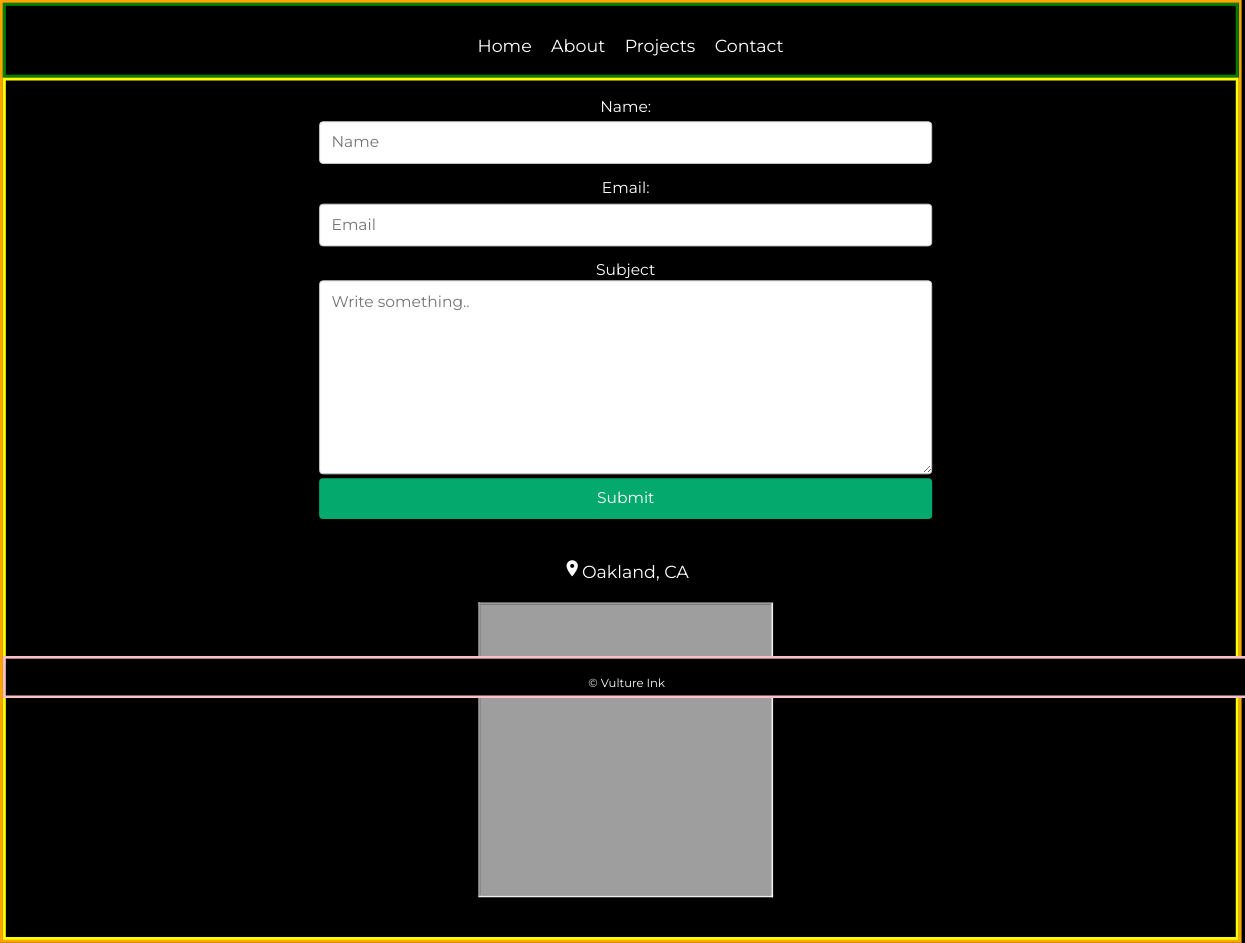
Repository: kaitlynMidori/anon_ink
Page: pages/Contact.html
These files come from the project's save history. The page is drawn as it stood at one moment and after the next save; the edit follows.
The browser window is 1280 px wide. The page is 1282 px wide, then 1284 px, so the pictures cover 1284 px, including what lies to the right of the window. The pictures show the whole page, at 97% of full size.
Pictures or frames that could not be fetched are drawn as grey boxes. Some web libraries are served in a nearby version.

Above is the page before, as saved 2021-09-08 17:56:16.

### pages/Contact.html
<!DOCTYPE html>
<html lang= "en">
    <head>
        <meta charset="utf-8">
        <meta name="viewport" content="width=device-width, initial-scale=1.0">
        <title>Contact</title>
        <link href="https://cdnjs.cloudflare.com/ajax/libs/normalize/8.0.1/normalize.min.css" rel="stylesheet" type="text/css" />
        <link href="https://fonts.googleapis.com/css2?family=Montserrat&display=swap" rel="stylesheet">
        <link href="../style.css" rel="stylesheet" type="text/css" />
      </head>

<body>

    <header>
        <!-- <div class="logo">ANONYMOUS INK</div> -->
        <nav>
          <ul id="menu">
            <li><a href="/index.html">Home</a></li>
            <li><a href="/Pages/About.html">About</a></li>
            <li><a href="/Pages/Projects.html">Projects</a></li>
            <!-- <li><a href="/Pages/Resume.html">Resume</a></li> -->
            <li><a href="/Pages/Contact.html">Contact</a></li>
          </ul>
        </nav>
      </header>
<main>

<!-- Contact -->

    <section>

      <!-- <h2>Get in Touch</h2> -->
      <div class="contact-container">

        <div class="contact-form">
            <form action="https://formspree.io/f/xrgoqyge" method="post">
              <label class="user-name" data-shrink="false">Name:</label>
              <input id="user-name" type="text" name="name" placeholder="Name">

              <label for="user-email">Email:</label>
              <input id="user-email" type="text" name="email" placeholder="Email">

              <!-- <label for="user-message">Message:</label> <textarea id="user-message" name="message" placeholder="Your message"></textarea> -->
              <label for="subject">Subject</label>
    <textarea id="subject" name="subject" placeholder="Write something.." style="height:200px"></textarea>
              <input type="submit" value="Submit">
              <!-- <button type="submit">Submit</button> -->
            </form>
          </div>
          <div class="location">
            <p><i class="material-icons" style="font-size:20px">location_on</i>Oakland, CA</p>
            <p><iframe src="https://www.google.com/maps/embed?pb=!1m18!1m12!1m3!1d201877.73430325926!2d-122.37538914908166!3d37.758634650214724!2m3!1f0!2f0!3f0!3m2!1i1024!2i768!4f13.1!3m3!1m2!1s0x80857d8b28aaed03%3A0x71b415d535759367!2sOakland%2C%20CA!5e0!3m2!1sen!2sus!4v1602104516145!5m2!1sen!2sus" width="300" height="300" allowfullscreen="" ></iframe></p>
          </div>
      </div>

    </section>
  </main>

  <footer>
    <p>© Vulture Ink</p>
  </footer>
  <script
      src="https://code.jquery.com/jquery-3.2.1.min.js"
      integrity="sha256-hwg4gsxgFZhOsEEamdOYGBf13FyQuiTwlAQgxVSNgt4="
      crossorigin="anonymous"></script>
<link rel="stylesheet" href="https://cdnjs.cloudflare.com/ajax/libs/font-awesome/4.7.0/css/font-awesome.min.css">
<link href="https://fonts.googleapis.com/icon?family=Material+Icons" rel="stylesheet">

  </body>
</html>

### style.css

/***************** General ******************/
body {
    border: solid orange;
    height: 100%;
    background-color: black;
    color: white;
    margin: none;
    font-family: 'Montserrat', sans-serif;
    padding-top: 0;
  }

  /************** navigation ***************/
  header nav {
    display: flex;
    flex-direction: row;
    justify-content: center;
    margin-top: 14px;
  }

  header nav ul {
    display: flex;
    flex-direction: row;
    padding-bottom: 0;
  }

  header nav ul li {
    list-style-type: none;
  }

  header ul li a {
    color: white;
    text-decoration: none;
    padding: 0 20px 0 0;
    font-family: 'Montserrat', sans-serif;
  }

  /************* Primary Groups ****************/
  header {
    font-size: 18px;
    background-color: black;
    margin: 0;
    border: solid green;
  }

  main {
    margin: auto;
    justify-content: center;
    justify-items: center;
    text-align: center;
    border: solid yellow;
    padding-top: 10px;
    padding-bottom: 10px;
  }

  footer {
    position: fixed;
    background-color: black;
    bottom: 0;
    width: 100%;
    border: solid pink;
  }

  /****************** Typography ******************/
  h1 {
    font-size: 28px;
    font-family: 'Montserrat', sans-serif;
    color: white;
    font-weight: 400;
  }

  h2 {
    font-size: 26px;
    color: rgb(17, 17, 17);
    font-family: 'Montserrat', sans-serif;
    text-align: center;
    font-weight: 400;
    margin: 0 10px;
  }

  h3 {
    font-size: 15px;
    font-family: 'Montserrat', sans-serif;
    font-weight: 430;
  }

  p {
    font-family: 'Montserrat', sans-serif;
    font-size: 18px;
    line-height: 1.3em;
    margin-bottom: 0;
  }

  main a {
    font-weight: 700;
    text-decoration: none;
  }

  main a:visited{
    color: blue;
  }
  /* main main a:hover{color: greenyellow;} */
  /* a:active{color:  rgb(143, 156, 33);} */

  footer p {
    font-size: 12px;
    color: white;
    text-align: center;
    padding: 5px;
  }

  footer h2 {
    color: black;
  }
/*
  img.image-enhanced {
    max-width: 350px;
    border-radius: 8px;
  }

  .item-double {
    color: rgb(17, 17, 17);
    flex: 2;
  }
   */
  /* Desktop groups/items */
  /* @media all and (min-width: 600px){
    section {
      padding: 0%;
    }
    .group {
      display: flex;
      flex-direction: row;
      flex-wrap: wrap;
    }
  } */

  /* ***********  home ************** */

  .home-video {
    position: fixed;
    right: 0px;
    bottom: 0px;
    min-width: 100%;
    min-height: 100%;
    width: auto;
    height: auto;
    z-index: -1;
  }

  /* ************ about *************** */

  .about-container {
    overflow: scroll;
    align-items: center;
    justify-content: center;
    flex-direction: column-reverse;
    margin: auto;
    padding: 15px;
    display: flex;
    text-align: center;
    flex-wrap: wrap;
  }

  .about-item {
    text-align: left;
    display: flex;
    flex-wrap: wrap;
    margin: auto;
  }

  /**************** projects ****************/
  .card-container {
    max-width: 900px;
    min-width: 370px;
    margin: auto;
    display: flex;
    flex-direction: row;
    flex-wrap: wrap;
    justify-content: space-evenly;
    text-align: center;
    padding-top: 10px;
  }

  .row-one {
    justify-content: space-evenly;
    display: flex;
    flex-wrap: wrap;
  }

  .card p {
    font-size: 14px;
    padding-left: 4px;
    padding-right: 4px;
  }

  .card #card1 {
    padding-top: 5px;
    background-repeat: no-repeat;
    background-size:cover;
    background-position: top;
    display: block;
    margin: 0 auto;
    text-indent: -9999px;
    width: 15rem;
    height: 20rem;
    border: transparent;
  }

  .card #card1:hover {
    font-size: 30px;
    color: black;
    display: block;
    margin: 0 auto;
    text-indent: 0;
    justify-content: center;
    background-color: rgb(238, 228, 211, .8);
    background-blend-mode: hue;
  }

  .card #card2 {
    padding-top: 5px;
    background-repeat: no-repeat;
    background-size:cover;
    background-position: top;
    display: block;
    margin: 0 auto;
    text-indent: -9999px;
    width: 15rem;
    height: 20rem;
    border: transparent;
  }

  .card #card2:hover {
    font-size: 30px;
    color: black;
    display: block;
    margin: 0 auto;
    text-indent: 0;
    justify-content: center;
    background-color: rgb(238, 228, 211, .8);
    background-blend-mode: hue;
  }

  .card #card3 {
    padding-top: 5px;
    background-repeat: no-repeat;
    background-size:cover;
    background-position: top;
    display: block;
    margin: 0 auto;
    text-indent: -9999px;
    width: 15rem;
    height: 20rem;
    border: transparent;
  }

  .card #card3:hover {
    font-size: 30px;
    color: black;
    display: block;
    margin: 0 auto;
    text-indent: 0;
    justify-content: center;
    background-color: rgb(238, 228, 211, .8);
    background-blend-mode: hue;
  }

  .card #card4 {
    padding-top: 5px;
    background-repeat: no-repeat;
    background-size:cover;
    background-position: top;
    display: block;
    margin: 0 auto;
    text-indent: -9999px;
    width: 15rem;
    height: 20rem;
    border: transparent;
  }

  .card #card4:hover {
    font-size: 30px;
    color: black;
    display: block;
    margin: 0 auto;
    text-indent: 0;
    justify-content: center;
    background-color: rgb(238, 228, 211, .8);
    background-blend-mode: hue;
  }

  .card #card5 {
    padding-top: 5px;
    background-repeat: no-repeat;
    background-size:cover;
    background-position: top;
    display: block;
    margin: 0 auto;
    text-indent: -9999px;
    width: 15rem;
    height: 20rem;
    border: transparent;
  }

  .card #card5:hover {
    font-size: 30px;
    color: black;
    display: block;
    margin: 0 auto;
    text-indent: 0;
    justify-content: center;
    background-color: rgb(238, 228, 211, .8);
    background-blend-mode: hue;
  }

  .card #card6 {
    padding-top: 5px;
    background-repeat: no-repeat;
    background-size:cover;
    background-position: top;
    display: block;
    margin: 0 auto;
    text-indent: -9999px;
    width: 15rem;
    height: 20rem;
    border: transparent;
  }

  .card #card6:hover {
    font-size: 30px;
    color: black;
    display: block;
    margin: 0 auto;
    text-indent: 0;
    justify-content: center;
    background-color: rgb(238, 228, 211, .8);
    background-blend-mode: hue;
  }

  /* The flip card container - set the width and height to whatever you want. We have added the border property to demonstrate that the flip itself goes out of the box on hover (remove perspective if you don't want the 3D effect */
  .card {
    backface-visibility: hidden;
    -webkit-backface-visibility: hidden;
    border: solid;
    border-color: transparent;
    background-color: transparent;
    width: 15rem;
    height: 20rem;
    margin-bottom: 20px;
    -webkit-perspective: 1000px;
    perspective: 1000px; /* Remove this if you don't want the 3D effect */
  }

  /* This container is needed to position the front and back side */
  .card-inner {
    position: relative;
    width: 100%;
    height: 100%;
    text-align: center;
    transition: transform 0.8s;
    -webkit-transition: -webkit-transform 0.8s;
    transform-style: preserve-3d;
    -webkit-transform-style: preserve-3d;
   transition-property: -webkit-transform;
   -webkit-transition-property: -webkit-transform;
   transition-duration: 1.5s;
   -webkit-transition-duration: 1.5s;
    backface-visibility: hidden;
    -webkit-backface-visibility: hidden;
  }

  /* Position the front and back side */
  .card-one-front {
    position: absolute;
    border-radius: 10px;
    margin-bottom: 20px;
    background-color: #ddd;
    background-image: url(./images/WalnutVaneerChair.png);
    opacity: .8;
    background-repeat: no-repeat;
    background-size:cover;
    background-position: top;
  }

  .card-two-front {
    position: absolute;
    -webkit-backface-visibility: hidden;
    backface-visibility: hidden;
    border-radius: 10px;
    margin-bottom: 20px;
    background-image: url(./images/MarilynFramed.png);
    opacity: .8;
    background-repeat: no-repeat;
    background-color: #ddd;
    background-size:cover;
    background-position: top;
    }

  .card-three-front {
    position: absolute;
    -webkit-backface-visibility: hidden;
    backface-visibility: hidden;
    border-radius: 10px;
    margin-bottom: 20px;
    background-image: url(./images/FvfXn.png);
    opacity: .8;
    background-repeat: no-repeat;
    background-color: #ddd;
    background-size:cover;
    background-position: top;
  }

  .card-four-front {
    position: absolute;
    -webkit-backface-visibility: hidden;
    backface-visibility: hidden;
    border-radius: 10px;
    margin-bottom: 20px;
    background-image: url(./images/Oakchair_angle.png);
    opacity: .8;
    background-repeat: no-repeat;
    background-color: #ddd;
    background-size:cover;
    background-position: left;
  }

  .card-five-front {
    position: absolute;
    -webkit-backface-visibility: hidden;
    backface-visibility: hidden;
    border-radius: 10px;
    margin-bottom: 20px;
    background-image: url(./images/SurfboardCoffetable.png);
    opacity: .8;
    background-repeat: no-repeat;
    background-color: #ddd;
    background-size:cover;
    background-position: top;
  }

  .card-six-front {
    position: absolute;
    -webkit-backface-visibility: hidden;
    backface-visibility: hidden;
    border-radius: 10px;
    margin-bottom: 20px;
    background-image: url(./images/CELLO_BELYTRIAL_PUZZLEJOINTS.png);
    opacity: .8;
    background-repeat: no-repeat;
    background-color: #ddd;
    background-size:cover;
    background-position: top;
  }

  /* ***************** Contact ****************** */
  .contact-container {
    display: inline-flex;
    flex-direction: row;
    flex-wrap: wrap;
    height: 100%;
    width: 100%;
    padding: 5px;
    margin: auto;
    align-items: center;
    align-content: center;
  }

  .contact-form {
    display: flex;
    max-width: 50%;
    height: 80%;
    margin: auto;
    border: solid;
    border-color: transparent;
  }

  .location {
    width: 100%;
    margin-top: 20px;
    margin-bottom: 20px;
  }
  /****** Contact Form Design ******/
  form input, form textarea {
    width: 100%;
    margin-bottom: 20px;
    margin: auto;
  }

  form textarea {
    height: 250px;
  }

  input[type=text], select, textarea {
    width: 100%;
    padding: 12px;
    border: 1px solid #ccc;
    border-radius: 4px;
    box-sizing: border-box;
    margin-top: 6px;
    margin-bottom: 16px;
    resize: vertical;
  }

  input[type=submit] {
    background-color: #04AA6D;
    color: white;
    padding: 12px 20px;
    border: none;
    border-radius: 4px;
    cursor: pointer;
  }

  input[type=submit]:hover {
    background-color: #45a049;
  }

After the next save:
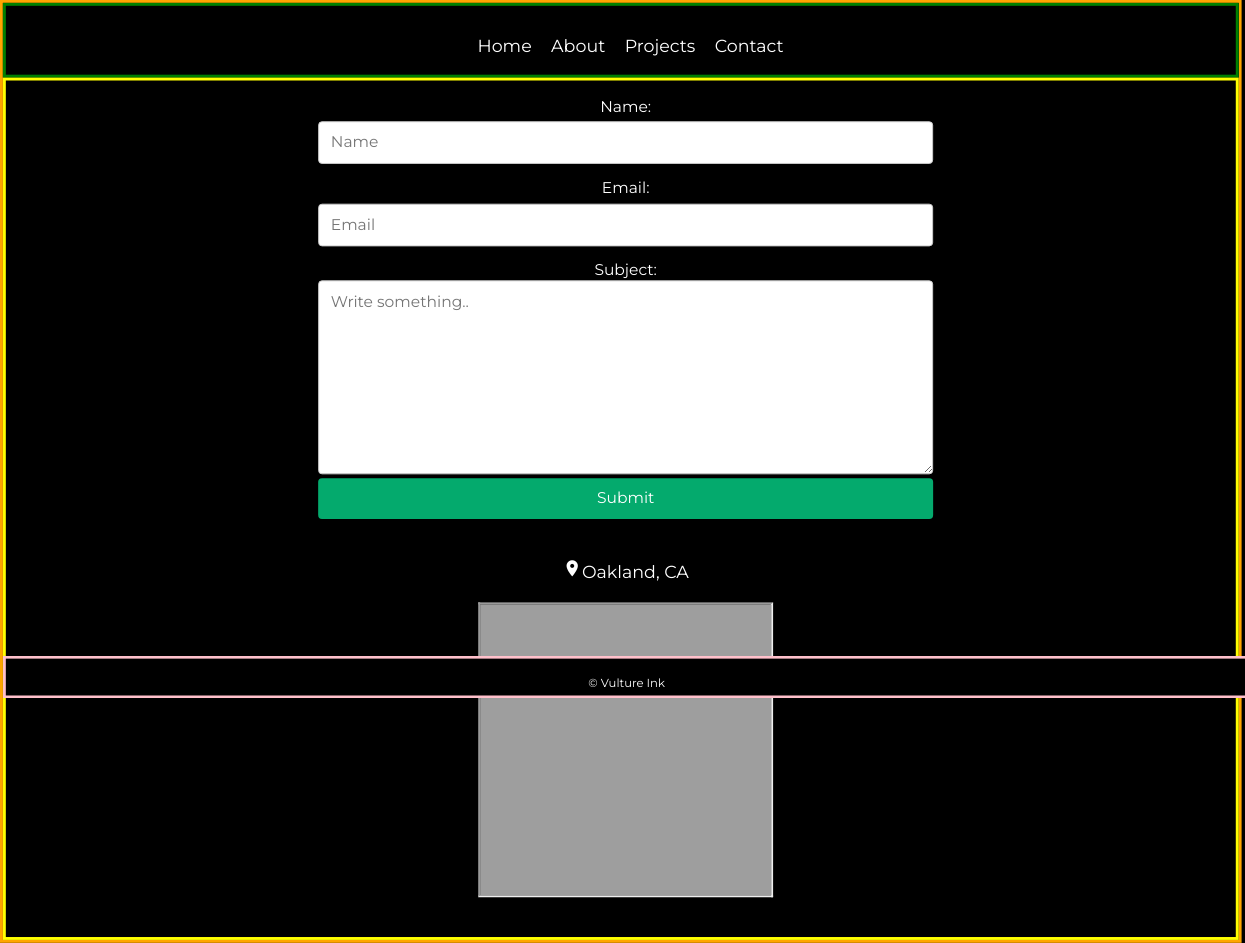
Saved 35 s later.
--- a/pages/Contact.html
+++ b/pages/Contact.html
@@ -41,7 +41,7 @@
               <input id="user-email" type="text" name="email" placeholder="Email">
 
               <!-- <label for="user-message">Message:</label> <textarea id="user-message" name="message" placeholder="Your message"></textarea> -->
-              <label for="subject">Subject</label>
+              <label for="subject">Subject:</label>
     <textarea id="subject" name="subject" placeholder="Write something.." style="height:200px"></textarea>
               <input type="submit" value="Submit">
               <!-- <button type="submit">Submit</button> -->
